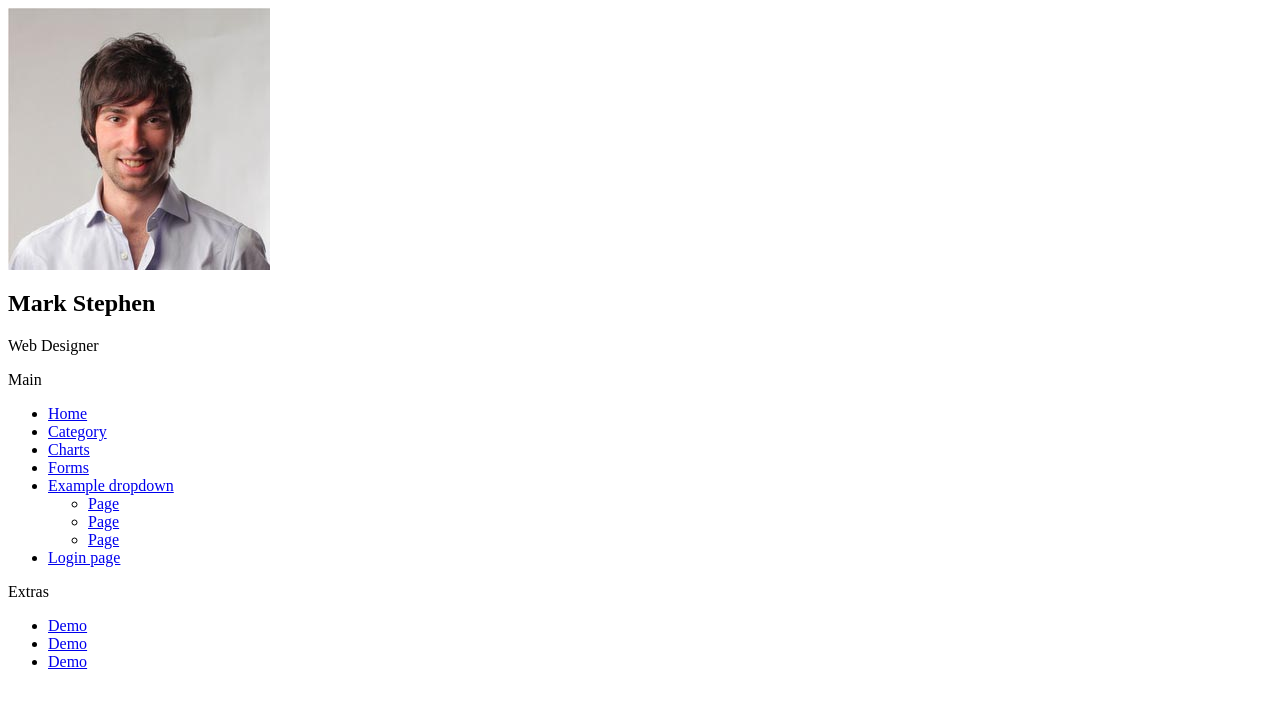
Repository: tanimtanzilislam/ecommerce_project_laravel
Page: resources/views/admin/sidebar.blade.php
The author's editor kept a copy of each file at every save. The page is drawn from the files as they stood at one save, then again after the next save.
The browser window is 1280 px wide. The pictures show the whole page.
The page is served by the project's Laravel application, run on PHP 8.4 with Laravel 12. Other server files are loaded and not shown. The template is opened directly, without the code that normally fills it, so the values that code supplies are empty.

Above is the page before, as saved 2025-06-15 20:03:26.

### routes/web.php
<?php

use App\Http\Controllers\ProfileController;
use Illuminate\Support\Facades\Route;
use App\Http\Controllers\HomeController;
route::get('/', [HomeController::class,'home']
);

Route::get('/dashboard', function () {
    return view('dashboard');
})->middleware(['auth', 'verified'])->name('dashboard');

Route::middleware('auth')->group(function () {
    Route::get('/profile', [ProfileController::class, 'edit'])->name('profile.edit');
    Route::patch('/profile', [ProfileController::class, 'update'])->name('profile.update');
    Route::delete('/profile', [ProfileController::class, 'destroy'])->name('profile.destroy');
});

require __DIR__.'/auth.php';

route::get('admin/dashboard',[HomeController::class,'index']);
route::get('admin/dashboard',[HomeController::class,'index'])->middleware(['auth','admin']);

### resources/views/admin/sidebar.blade.php
<nav id="sidebar">
        <!-- Sidebar Header-->
        <div class="sidebar-header d-flex align-items-center">
          <div class="avatar"><img src="{{asset('admincss\img/avatar-6.jpg')}}" alt="..." class="img-fluid rounded-circle"></div>
          <div class="title">
            <h1 class="h5">Mark Stephen</h1>
            <p>Web Designer</p>
          </div>
        </div>
        <!-- Sidebar Navidation Menus--><span class="heading">Main</span>
        <ul class="list-unstyled">
                <li class="active"><a href="index.html"> <i class="icon-home"></i>Home </a></li>
                <li><a href="tables.html"> <i class="icon-grid"></i>Category </a></li>
                <li><a href="charts.html"> <i class="fa fa-bar-chart"></i>Charts </a></li>
                <li><a href="forms.html"> <i class="icon-padnote"></i>Forms </a></li>
                <li><a href="#exampledropdownDropdown" aria-expanded="false" data-toggle="collapse"> <i class="icon-windows"></i>Example dropdown </a>
                  <ul id="exampledropdownDropdown" class="collapse list-unstyled ">
                    <li><a href="#">Page</a></li>
                    <li><a href="#">Page</a></li>
                    <li><a href="#">Page</a></li>
                  </ul>
                </li>
                <li><a href="login.html"> <i class="icon-logout"></i>Login page </a></li>
        </ul><span class="heading">Extras</span>
        <ul class="list-unstyled">
          <li> <a href="#"> <i class="icon-settings"></i>Demo </a></li>
          <li> <a href="#"> <i class="icon-writing-whiteboard"></i>Demo </a></li>
          <li> <a href="#"> <i class="icon-chart"></i>Demo </a></li>
        </ul>
      </nav>

Loaded but not shown: routes/auth.php (common file); app/Http/Controllers/Auth/EmailVerificationPromptController.php (common file); app/Http/Controllers/Controller.php (common file); app/Http/Controllers/Auth/VerifyEmailController.php (common file)

After the next save:
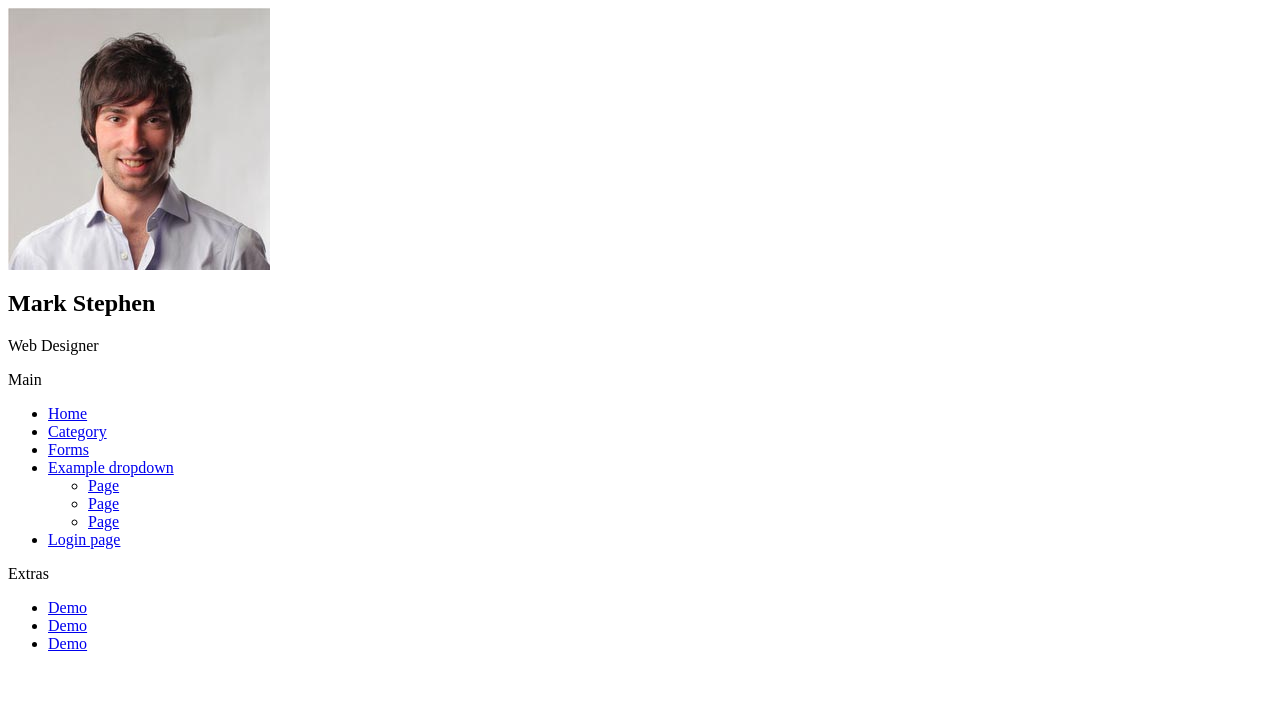
Saved 4 min 38 s later.
--- a/resources/views/admin/sidebar.blade.php
+++ b/resources/views/admin/sidebar.blade.php
@@ -11,7 +11,7 @@
         <ul class="list-unstyled">
                 <li class="active"><a href="index.html"> <i class="icon-home"></i>Home </a></li>
                 <li><a href="tables.html"> <i class="icon-grid"></i>Category </a></li>
-                <li><a href="charts.html"> <i class="fa fa-bar-chart"></i>Charts </a></li>
+
                 <li><a href="forms.html"> <i class="icon-padnote"></i>Forms </a></li>
                 <li><a href="#exampledropdownDropdown" aria-expanded="false" data-toggle="collapse"> <i class="icon-windows"></i>Example dropdown </a>
                   <ul id="exampledropdownDropdown" class="collapse list-unstyled ">
